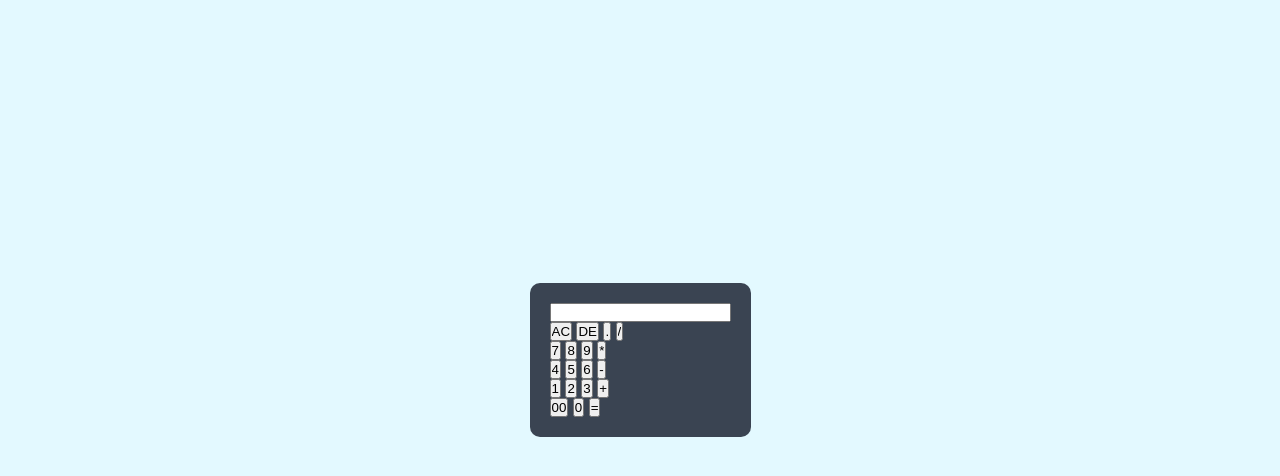
Repository: Anureet23/Calculator
Page: index.html
An editor plug-in stored every save of this project. The page is shown before and after a run of saves, followed by the edit.
The browser window is 1280 px wide. The pictures show the whole page.

Above is the page before, as saved 2023-02-07 22:48:39.

After the next 3 saves:
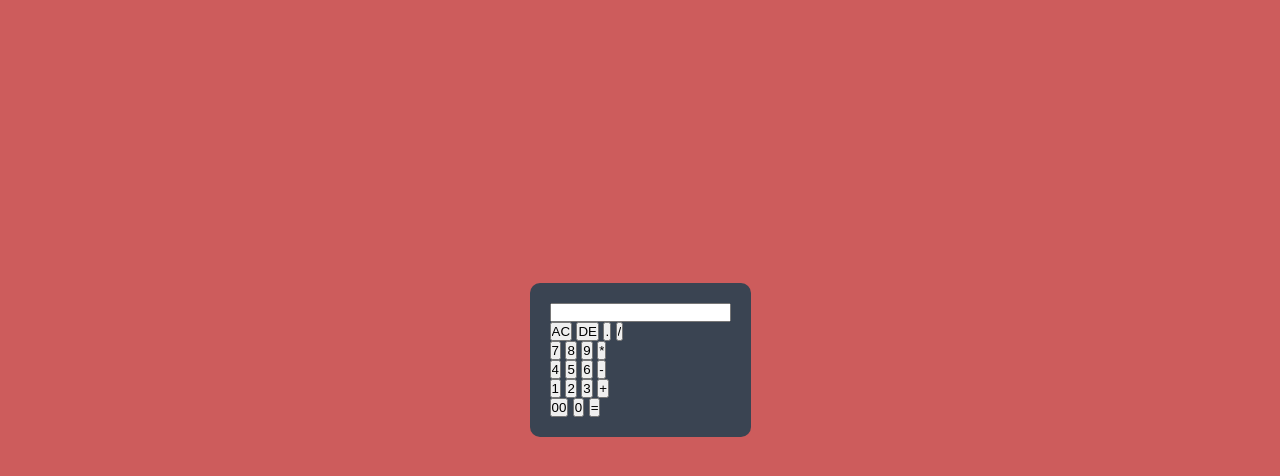
The 3 saves are shown as one change because they came seconds apart.
The last was saved 99 s later.
--- a/style.css
+++ b/style.css
@@ -8,7 +8,7 @@
 .container{
     width: 100%;
     height:100vh;
-    background: #e3f9ff;
+    background:#CD5C5C;
     display:flex;
     align-items:center;
     justify-content: center;
